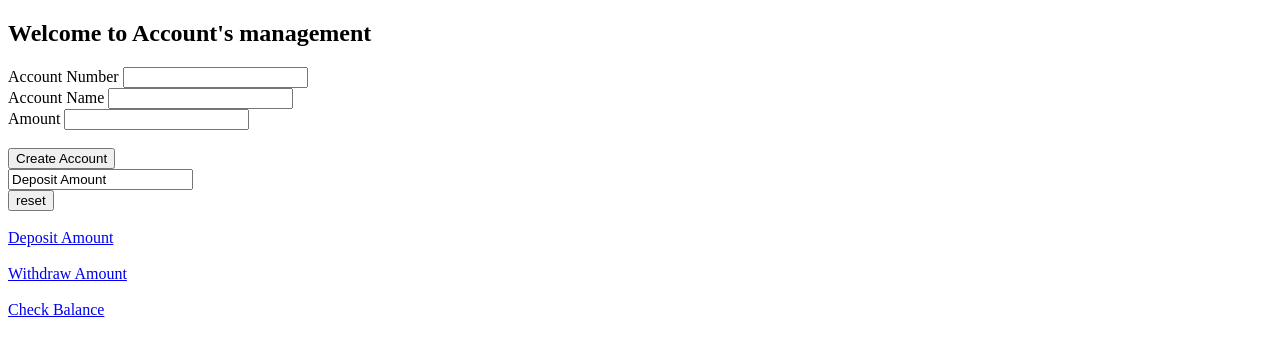
Repository: indira439/RPS_ExternalTrainingProjects
Page: http://localhost/index
The author's editor kept a copy of each file at every save. The page is drawn from the files as they stood at one save, then again after the next save.
The browser window is 1280 px wide. The pictures show the whole page.
The page is this project's Thymeleaf template; nobody is signed in. The template is opened directly, without the code that normally fills it, so the values that code supplies are empty.

Above is the page before, as saved 2024-08-26 15:07:27.

### spring-boot-assignment/src/main/resources/templates/index.html
<!DOCTYPE html>
<html xmlns:th="http://www.thymeleaf.org">
<head>
<meta charset="UTF-8">
<title>Insert title here</title>
</head>
<body>
<h2>Welcome to Account's management</h2>
<form th:action="@{/create}" th:object="${acct}" method="post">
	<label>Account Number</label>
	<input type="number" th:field="*{accountNo}"><br/>
	<label>Account Name</label>
	<input type="text" th:field="*{accountName}"><br/>
	<label>Amount</label>
	<input type="number" th:field="*{accountBalance}"><br/>
	<br/>
	<input type="submit" value="Create Account"/><br/>
	<input type="text" value="Deposit Amount"/><br/>
	<input type="reset" value="reset"/>
</form>
<br/>
<a href="/deposit">Deposit Amount</a><br/>
<br/>
<a href="/withdraw">Withdraw Amount</a><br/>
<br/>
<a href="/balance">Check Balance</a><br/>
</body>
</html>

After the next save:
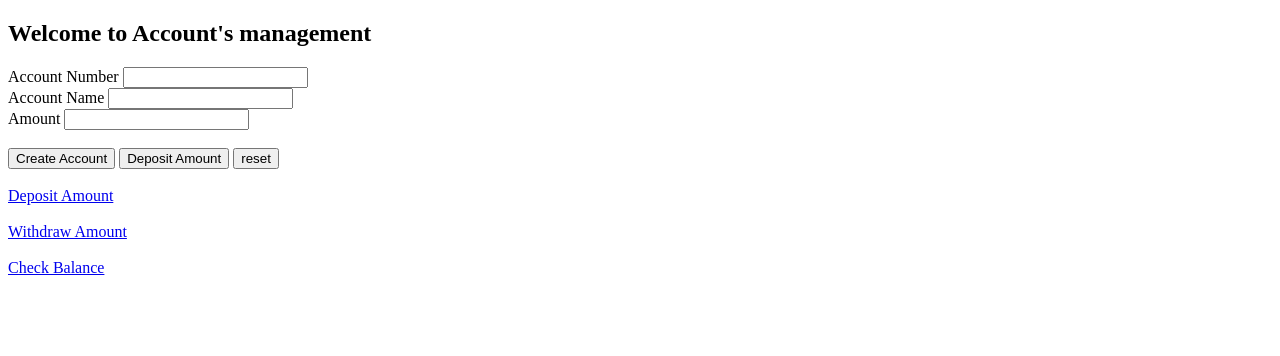
Saved 105 s later.
--- a/spring-boot-assignment/src/main/resources/templates/index.html
+++ b/spring-boot-assignment/src/main/resources/templates/index.html
@@ -14,8 +14,8 @@
 	<label>Amount</label>
 	<input type="number" th:field="*{accountBalance}"><br/>
 	<br/>
-	<input type="submit" value="Create Account"/><br/>
-	<input type="text" value="Deposit Amount"/><br/>
+	<input type="submit" value="Create Account"/>
+	<input type="submit" value="Deposit Amount"/>
 	<input type="reset" value="reset"/>
 </form>
 <br/>
